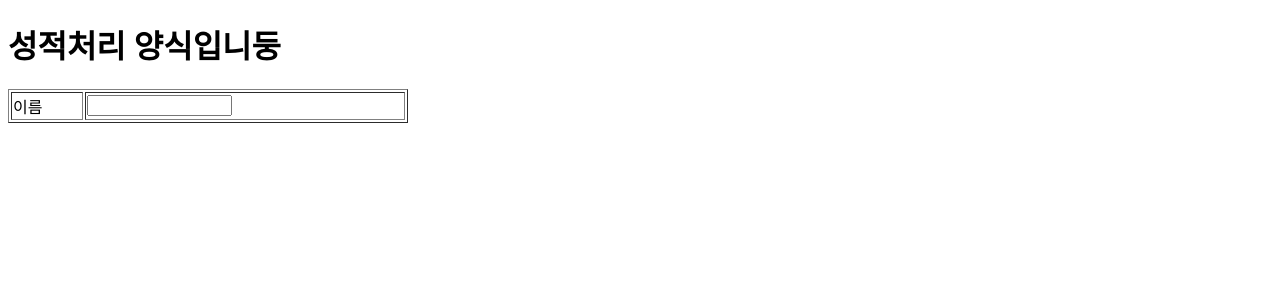
Repository: SouthSea0613/401_Unauthorized_java
Page: http://localhost/grade/
These files come from the project's save history. The page is drawn as it stood at one moment and after the next save; the edit follows.
The browser window is 1280 px wide. The pictures show the whole page.
The page is served by Tomcat 9.

Above is the page before, as saved 2024-12-03 04:53:57.

After the next save:
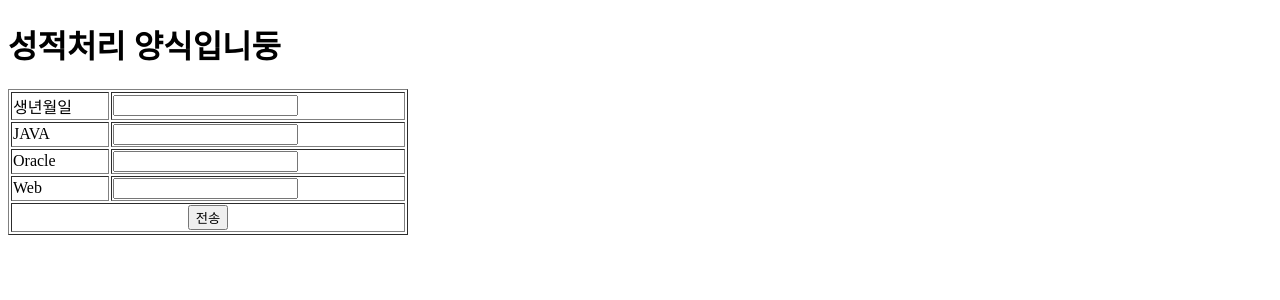
Saved 3 min 22 s later.
--- a/grade/grade/src/main/webapp/index.jsp
+++ b/grade/grade/src/main/webapp/index.jsp
@@ -10,10 +10,25 @@
 	<h1>성적처리 양식입니둥</h1>
 	<form action="./score" method="post">
 		<table border="1" width="400">
-		<tr>
-		<td>이름</td>
-		<td><input type = "text" name = "name" size = "15"></td>
-		</tr>
+			<tr>
+				<td>생년월일</td>
+				<td><input type="text" name="birth" size="20"></td>
+			</tr>
+			<tr>
+				<td>JAVA</td>
+				<td><input type="text" name="java" size="20"></td>
+			</tr>
+			<tr>
+				<td>Oracle</td>
+				<td><input type="text" name="oracle" size="20"></td>
+			</tr>
+			<tr>
+				<td>Web</td>
+				<td><input type="text" name="web" size="20"></td>
+			</tr>
+			<tr align="center">
+				<td colspan="2"><button>전송</button></td>
+			</tr>
 
 		</table>
 	</form>
